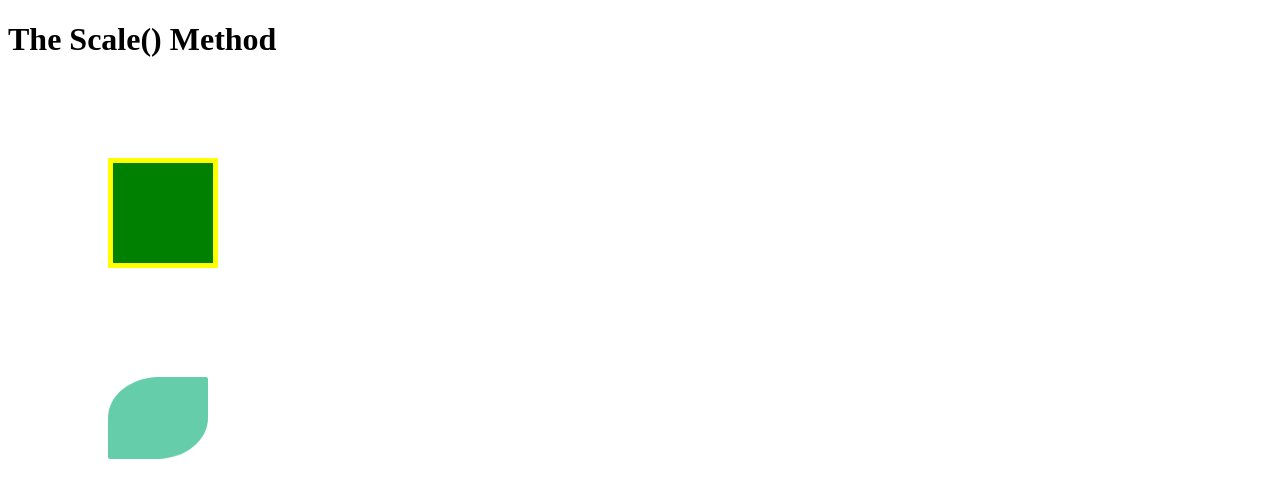
Repository: BhardwajMonika/core-java
Page: HTML2/WebContent/Scale.html
The author's editor kept a copy of each file at every save. The page is drawn from the files as they stood at one save, then again after the next save.
The browser window is 1280 px wide. The pictures show the whole page.
The pointer rests on the first visible `.droplet`.

Above is the page before, as saved 2019-02-27 10:51:54.

After the next save:
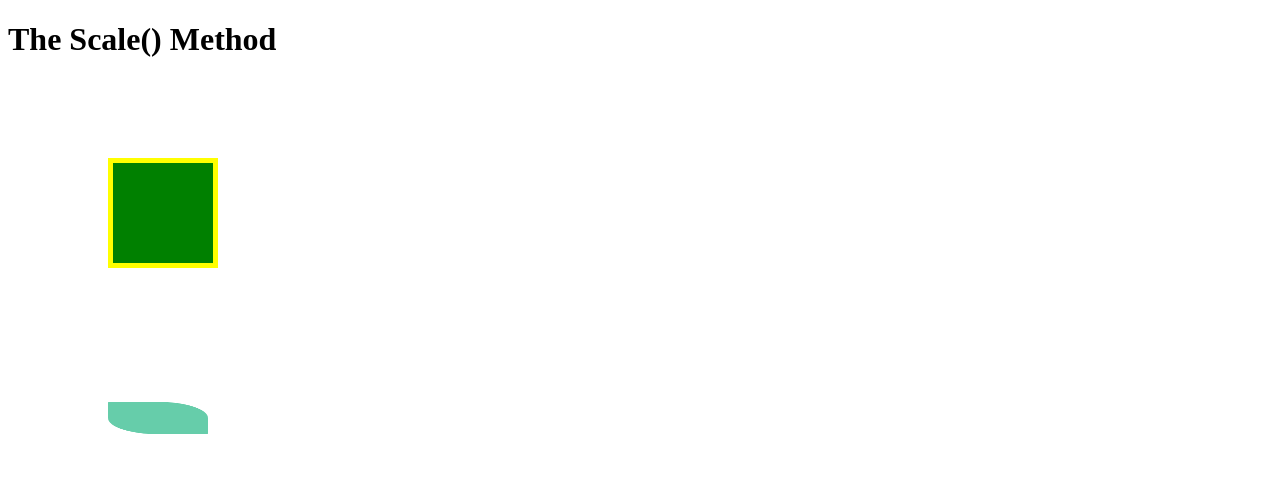
Saved 28 s later.
--- a/HTML2/WebContent/Scale.html
+++ b/HTML2/WebContent/Scale.html
@@ -23,7 +23,7 @@ transition-timing:ease-in-out;
 width:100px;
 }
 
-.droplet:hover{transform:rotateX(180deg);}
+.droplet:hover{transform:rotateX(360deg);}
 </style>
 <meta charset="ISO-8859-1">
 <title>Insert title here</title>
